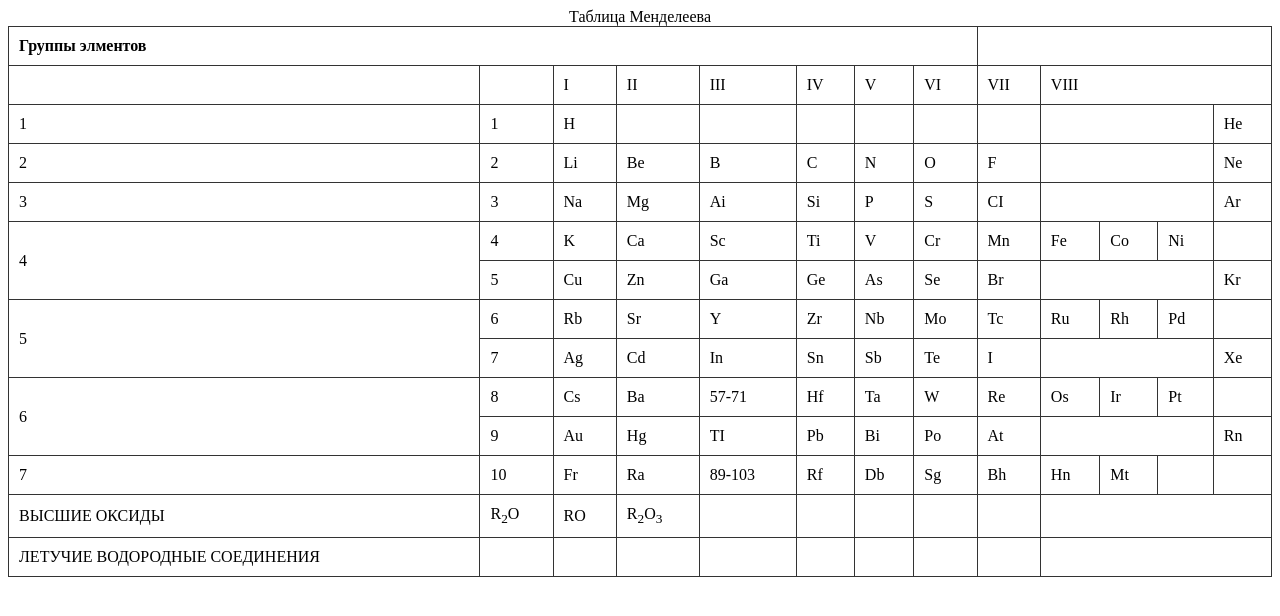
Repository: sannikovcode/exercises-a1
Page: JS/websites/01-periodic table/index.html
The author's editor kept a copy of each file at every save. The page is drawn from the files as they stood at one save, then again after the next save.
The browser window is 1280 px wide. The pictures show the whole page.

Above is the page before, as saved 2025-10-17 19:13:58.

After the next save:
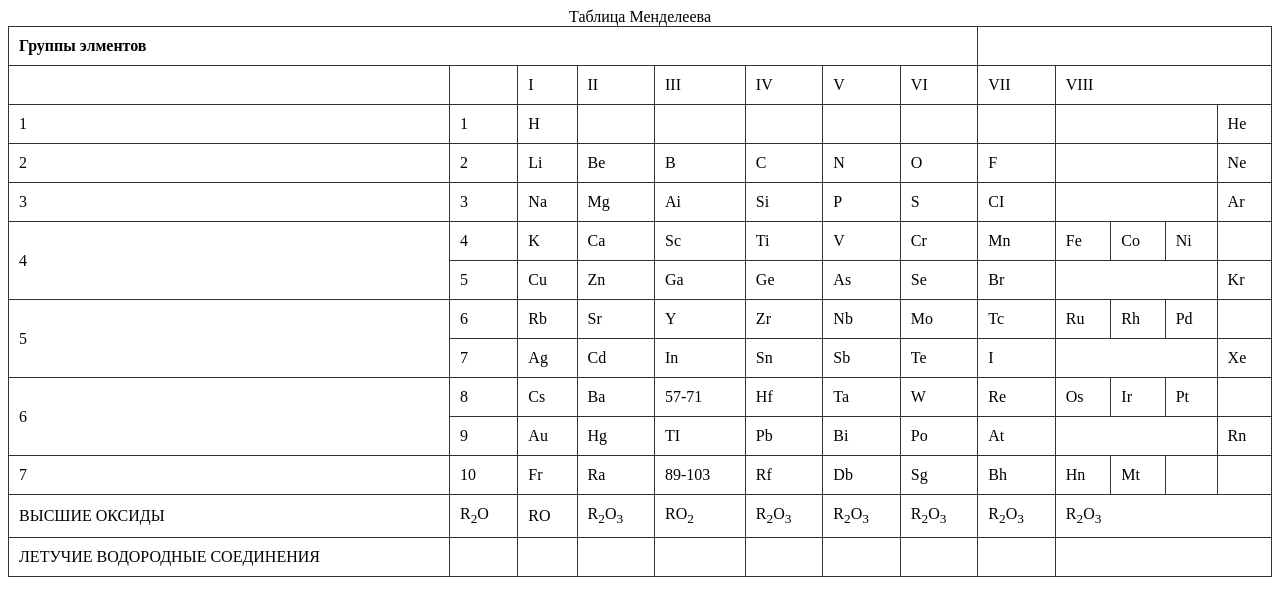
Saved 72 s later.
--- a/JS/websites/01-periodic table/index.html
+++ b/JS/websites/01-periodic table/index.html
@@ -173,12 +173,12 @@
                 <td>R<sub>2</sub>O</td>
                 <td>RO</td>
                 <td>R<sub>2</sub>O<sub>3</sub></td>
-                <td></td>
-                <td></td>
-                <td></td>
-                <td></td>
-                <td></td>
-                <td colspan="4"></td>
+                <td>RO<sub>2</sub></td>
+                <td>R<sub>2</sub>O<sub>3</sub></td>
+                <td>R<sub>2</sub>O<sub>3</sub></td>
+                <td>R<sub>2</sub>O<sub>3</sub></td>
+                <td>R<sub>2</sub>O<sub>3</sub></td>
+                <td colspan="4">R<sub>2</sub>O<sub>3</sub></td>
 
             </tr>
             <tr>
